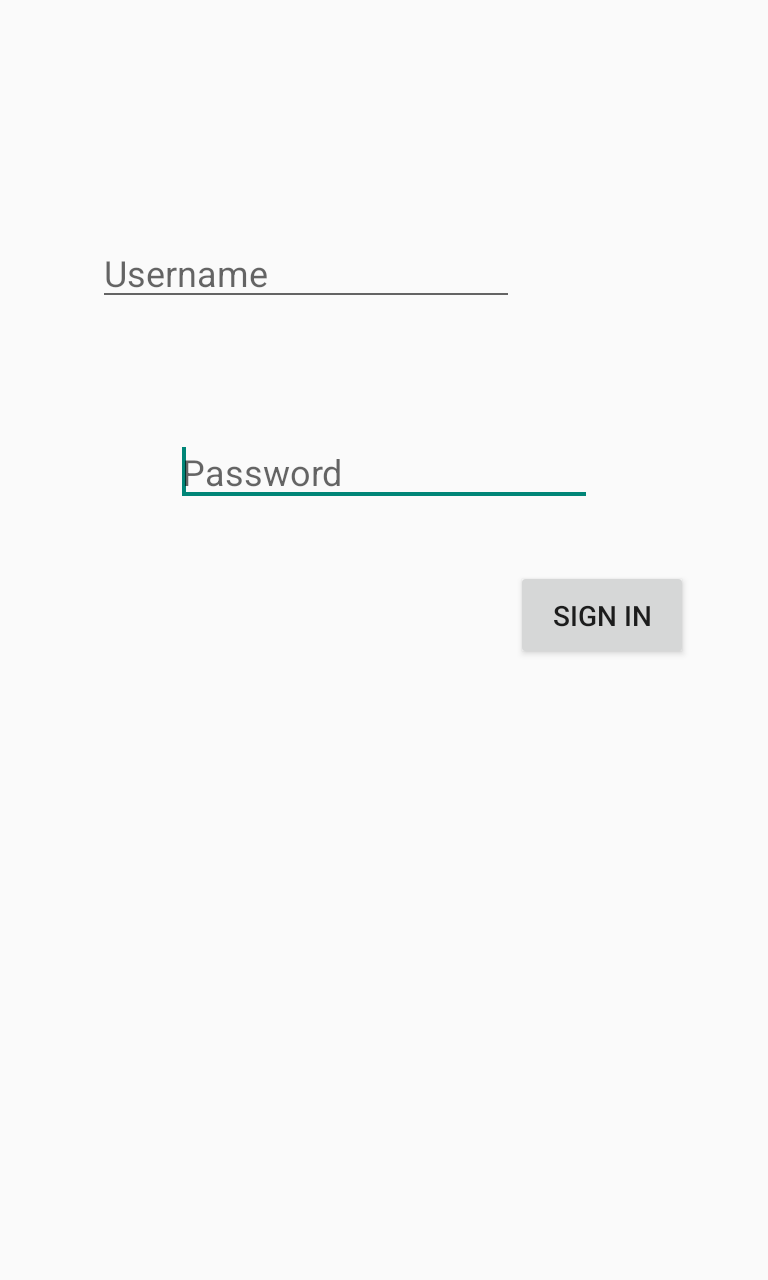
Repository: LogInc/oscar_app
Layout: Android/Oscar/res/layout/activity_login.xml
The author's editor kept a copy of each file at every save. The layout is drawn from the files as they stood at one save, then again after the next save.
It is drawn on a 768 x 1280 px phone screen (xhdpi) without system bars, with theme AppTheme; the app's code is not run.

Above is the layout before, as saved 2015-02-19 13:44:27.

After the next save:
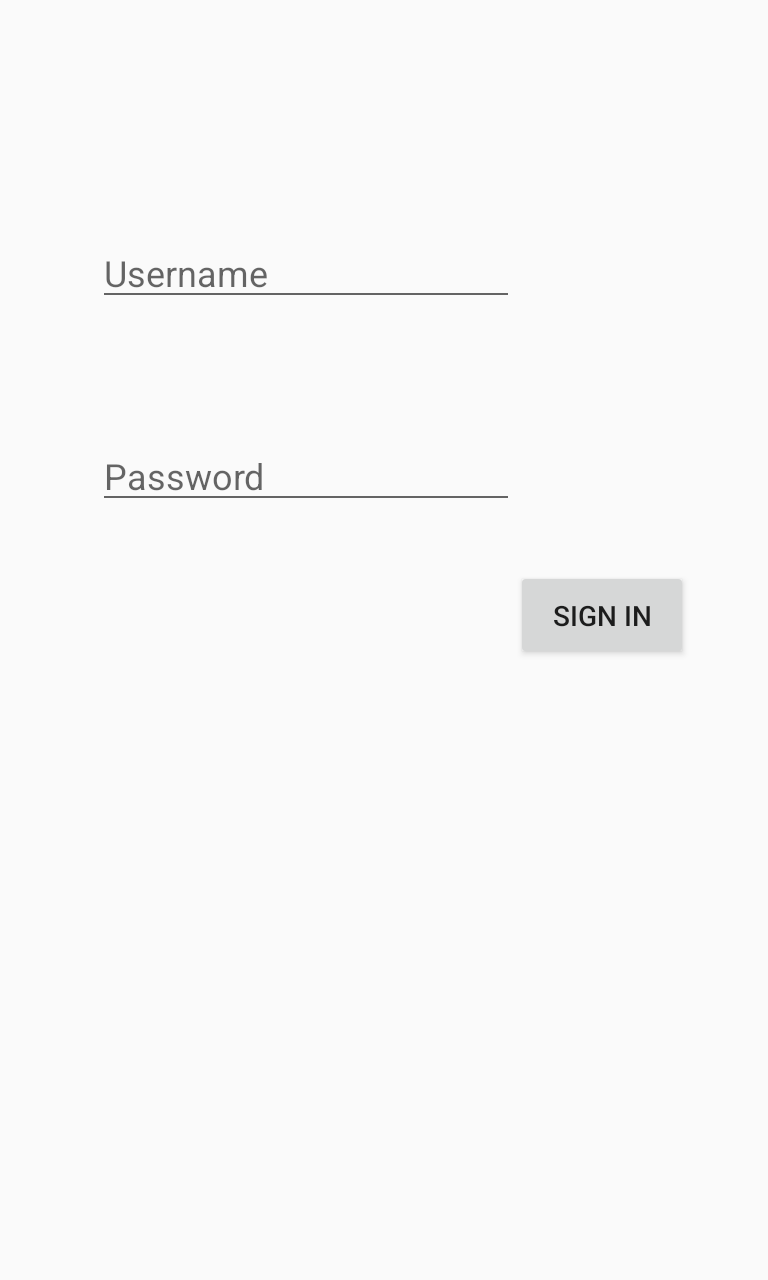
Saved 15 min 34 s later.
--- a/Android/Oscar/res/layout/activity_login.xml
+++ b/Android/Oscar/res/layout/activity_login.xml
@@ -28,13 +28,10 @@
         android:id="@+id/password"
         android:layout_width="wrap_content"
         android:layout_height="wrap_content"
+        android:layout_alignLeft="@+id/username"
         android:layout_below="@+id/username"
-        android:layout_centerHorizontal="true"
-        android:layout_marginTop="58dp"
+        android:layout_marginTop="60dp"
         android:ems="10"
-        android:hint="@string/Password" >
-
-        <requestFocus />
-    </EditText>
+        android:hint="@string/Password" />
 
 </RelativeLayout>
